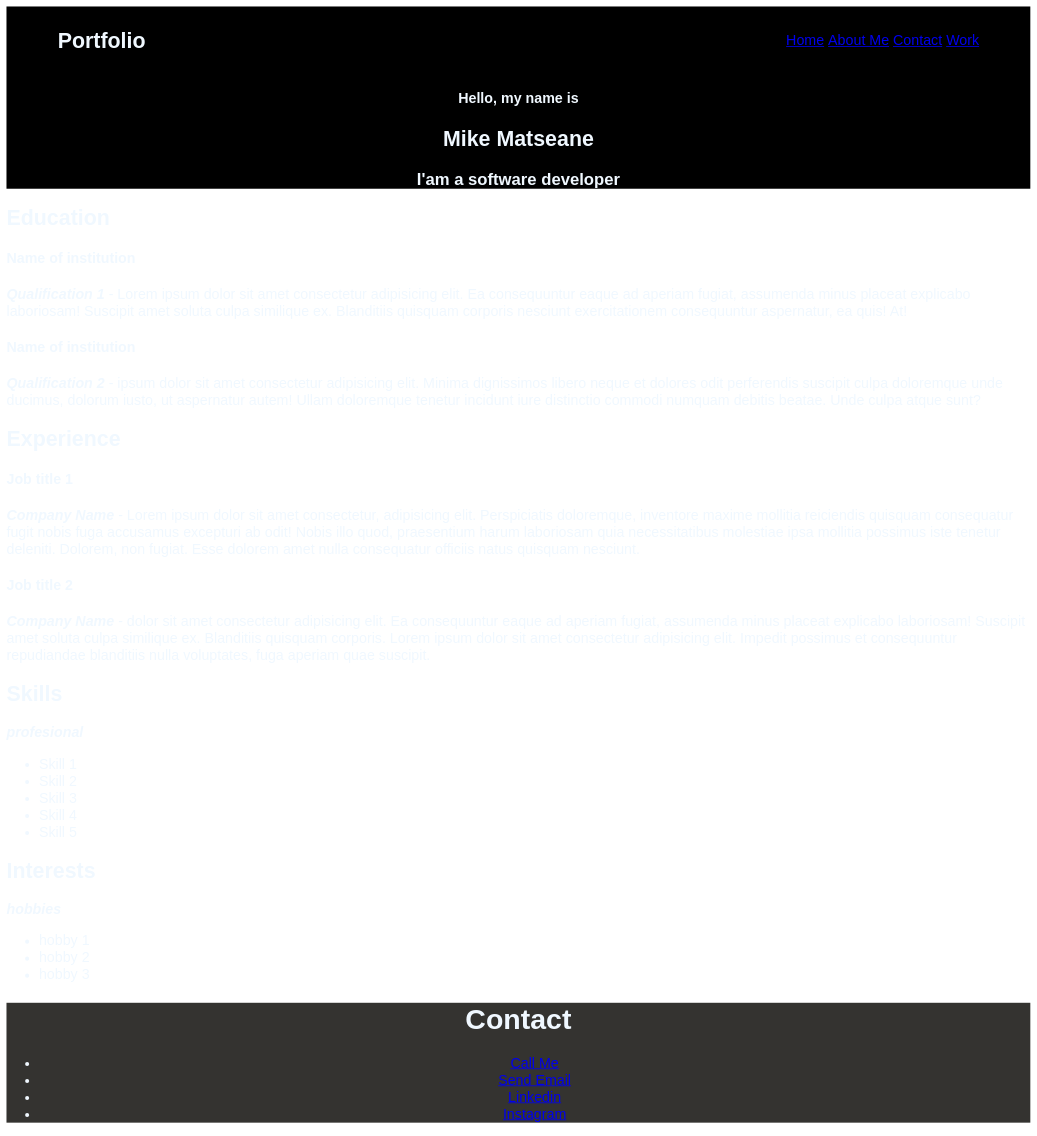
Repository: mikempho/Resume1
Page: resume1.html
An editor plug-in stored every save of this project. The page is shown before and after the next save, followed by the edit.
The browser window is 1280 px wide. The pictures show the whole page, at 81% of full size.

Above is the page before, as saved 2022-03-26 09:17:30.

After the next save:
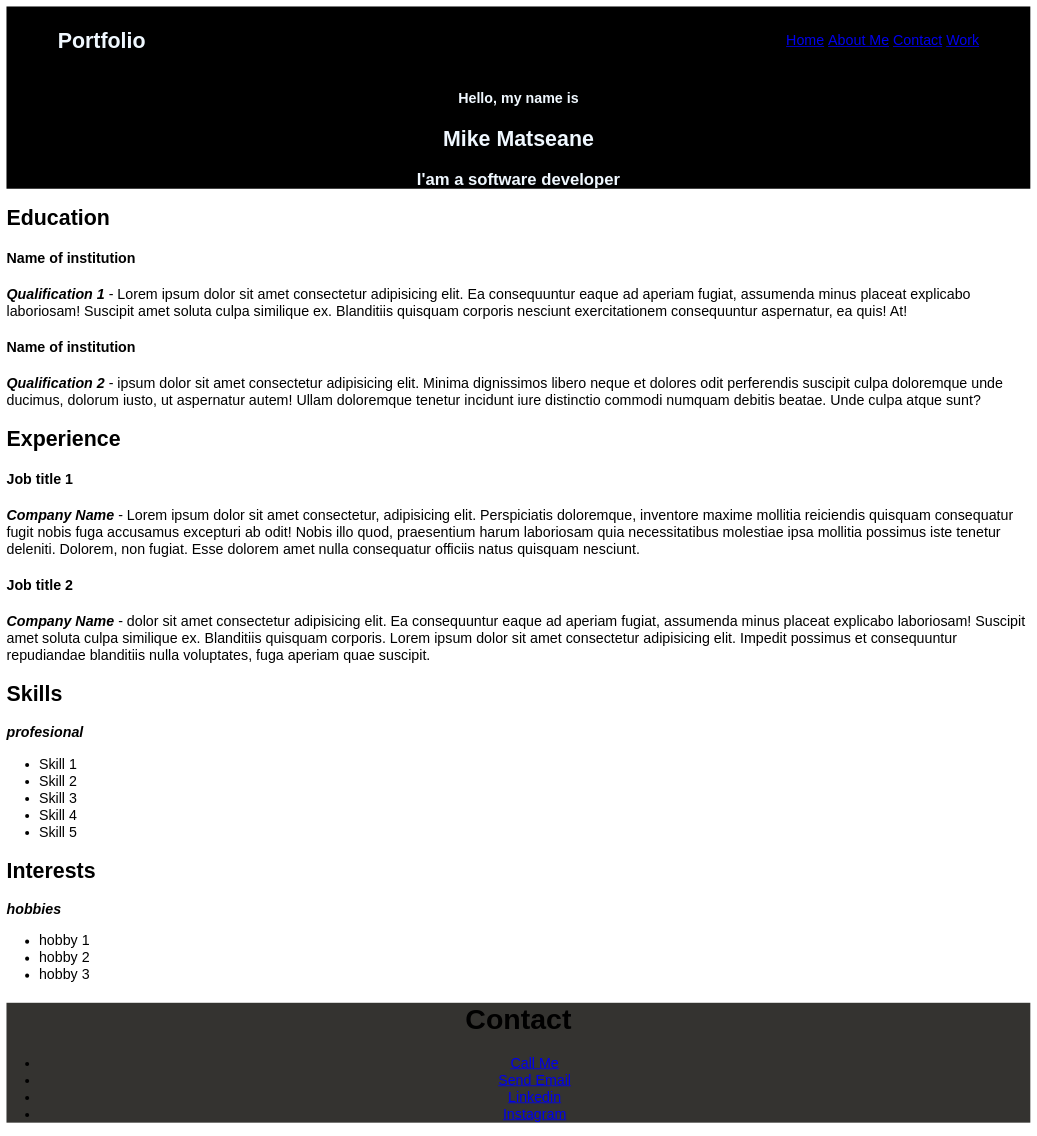
Saved 45 s later.
--- a/css/stylesheet.css
+++ b/css/stylesheet.css
@@ -1,13 +1,13 @@
 body{
   font-family:Arial, Helvetica, sans-serif;
   font-size:110%;
-  color: aliceblue;
 }
 
 /* Hero Section */
 
 .hero {
   background-color: #000;
+  color: aliceblue;
 }
 
 .navbar {
